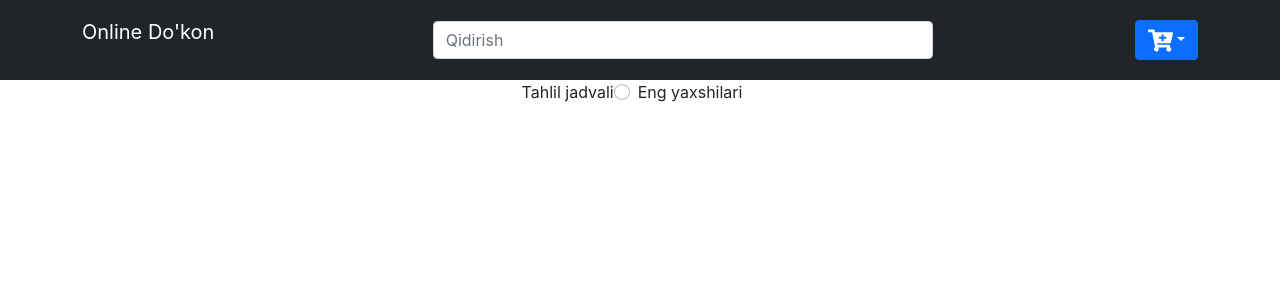
Repository: om1ars/shopping-cart
Page: /
The author's editor kept a copy of each file at every save. The page is drawn from the files as they stood at one save, then again after a run of saves.
The browser window is 1280 px wide. The pictures show the whole page.
The project was rebuilt for these pictures with package versions that can differ from the ones it lists, and the page was loaded fresh each time.

Above is the page before, as saved 2021-10-06 17:12:58.

After the next 10 saves:
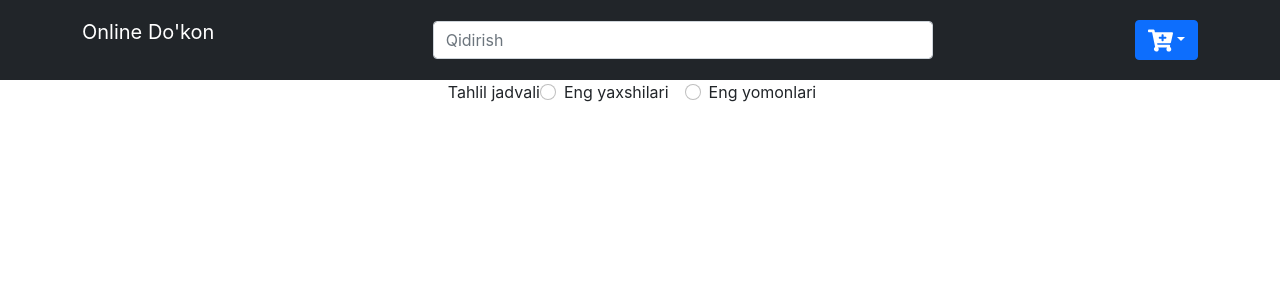
The 10 saves are shown as one change because they came seconds apart.
The last was saved 22 s later.
--- a/src/components/Filter.js
+++ b/src/components/Filter.js
@@ -14,6 +14,15 @@ export const Filter = () => {
                 id={`inline-1`}
                 />
             </span>
+            <span>
+                <Form.Check
+                inline
+                label='Eng yomonlari'
+                name='group1'
+                type='radio'
+                id={`inline-2`}
+                />
+            </span>
         </div>
     )
 }
